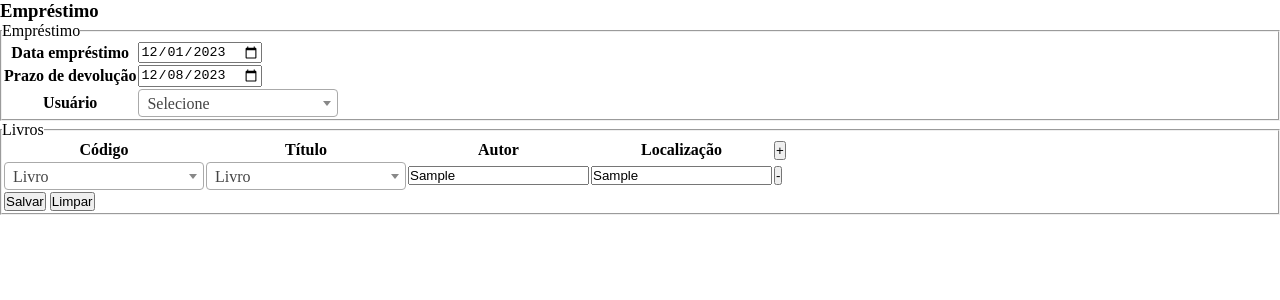
Repository: Matheus-Ghizoni/Rainbow-Library
Page: arcoiris/src/main/webapp/pages/admin/loan.html
The author's editor kept a copy of each file at every save. The page is drawn from the files as they stood at one save, then again after the next save.
The browser window is 1280 px wide. The pictures show the whole page.
Empty fields were first filled with sample values (such as "Sample", 5 or name@example.com).
After loading, the first visible `button.addBook` was clicked once.
The page's requests for data from a server got no answer. Some web libraries are served in a nearby version.

Above is the page before, as saved 2023-12-11 16:17:45.
Console error: ReferenceError: jQuery is not defined

After the next save:
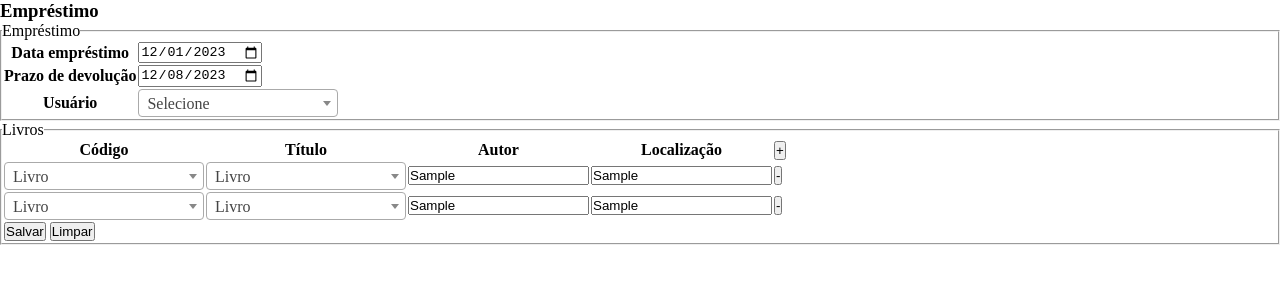
Saved 52 s later.
--- a/arcoiris/src/main/webapp/pages/admin/loan.html
+++ b/arcoiris/src/main/webapp/pages/admin/loan.html
@@ -131,7 +131,7 @@
 		$('.selectCode').select2();
 
 		$(".addBook").click(function () {
-			var novoCampo = $("tr.details:firts").clone();
+			var novoCampo = $("tr.details:first").clone();
 			/*	novoCampo.find("input").val(""); */
 			novoCampo.insertAfter("tr.details:last");
 		});
